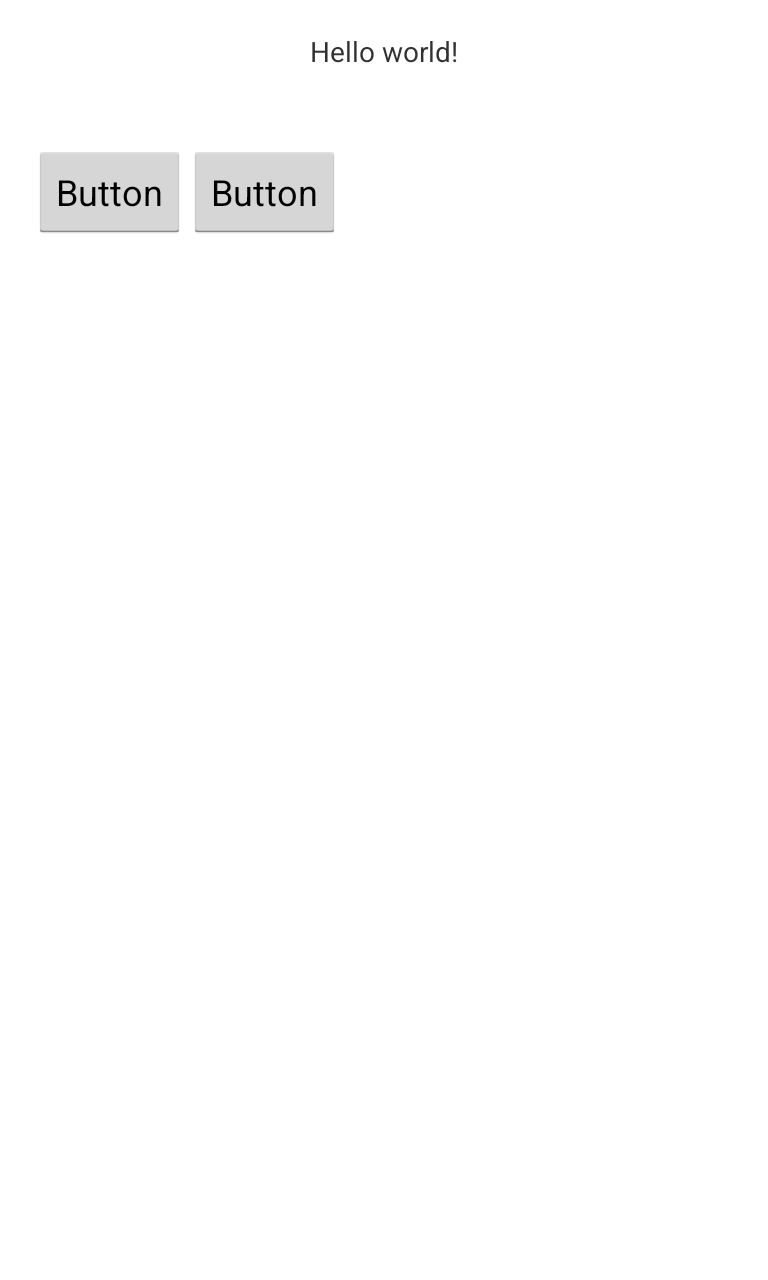
Repository: ShigerD/AndroidSample
Layout: Sample/Sample4/Sample4_2/Button/res/layout/activity_main.xml
These files come from the project's save history. The layout is drawn as it stood at one moment and after the next save; the edit follows.
It is drawn on a 768 x 1280 px phone screen (xhdpi) without system bars, with theme AppTheme; the app's code is not run.

Above is the layout before, as saved 2016-08-18 08:51:45.

### Sample/Sample4/Sample4_2/Button/res/layout/activity_main.xml
<RelativeLayout xmlns:android="http://schemas.android.com/apk/res/android"
    xmlns:tools="http://schemas.android.com/tools"
    android:layout_width="match_parent"
    android:layout_height="match_parent"
    android:paddingBottom="@dimen/activity_vertical_margin"
    android:paddingLeft="@dimen/activity_horizontal_margin"
    android:paddingRight="@dimen/activity_horizontal_margin"
    android:paddingTop="@dimen/activity_vertical_margin"
    tools:context="com.example.button.MainActivity" >

    <TextView
        android:id="@+id/textView1"
        android:layout_width="wrap_content"
        android:layout_height="wrap_content"
        android:layout_centerHorizontal="true"
        android:text="@string/hello_world" />

    <LinearLayout
        android:layout_width="match_parent"
        android:layout_height="wrap_content"
        android:layout_below="@+id/textView1"
        android:layout_centerHorizontal="true"
        android:layout_centerVertical="false"
        android:layout_marginTop="37dp" >

        <Button
            android:id="@+id/button1"
            android:layout_width="wrap_content"
            android:layout_height="wrap_content"
            android:text="Button" />

        <Button
            android:id="@+id/button2"
            android:layout_width="wrap_content"
            android:layout_height="wrap_content"

            android:text="Button" />

    </LinearLayout>

</RelativeLayout>

### Sample/Sample4/Sample4_2/Button/res/values/strings.xml
<?xml version="1.0" encoding="utf-8"?>
<resources>

    <string name="app_name">Button</string>
    <string name="hello_world">Hello world!</string>
    <string name="action_settings">Settings</string>
    <string name="add1">add1</string>
    <string name="sub1">sub1</string>

</resources>

Loaded but not shown: Sample/Sample4/Sample4_2/Button/res/values/styles.xml (common file); Sample/Sample4/Sample4_2/Button/res/values-v11/styles.xml (common file); Sample/Sample4/Sample4_2/Button/res/values-v14/styles.xml (common file); Sample/Sample4/Sample4_2/Button/res/values/dimens.xml (common file); Sample/Sample4/Sample4_2/Button/res/values-w820dp/dimens.xml (common file)

After the next save:
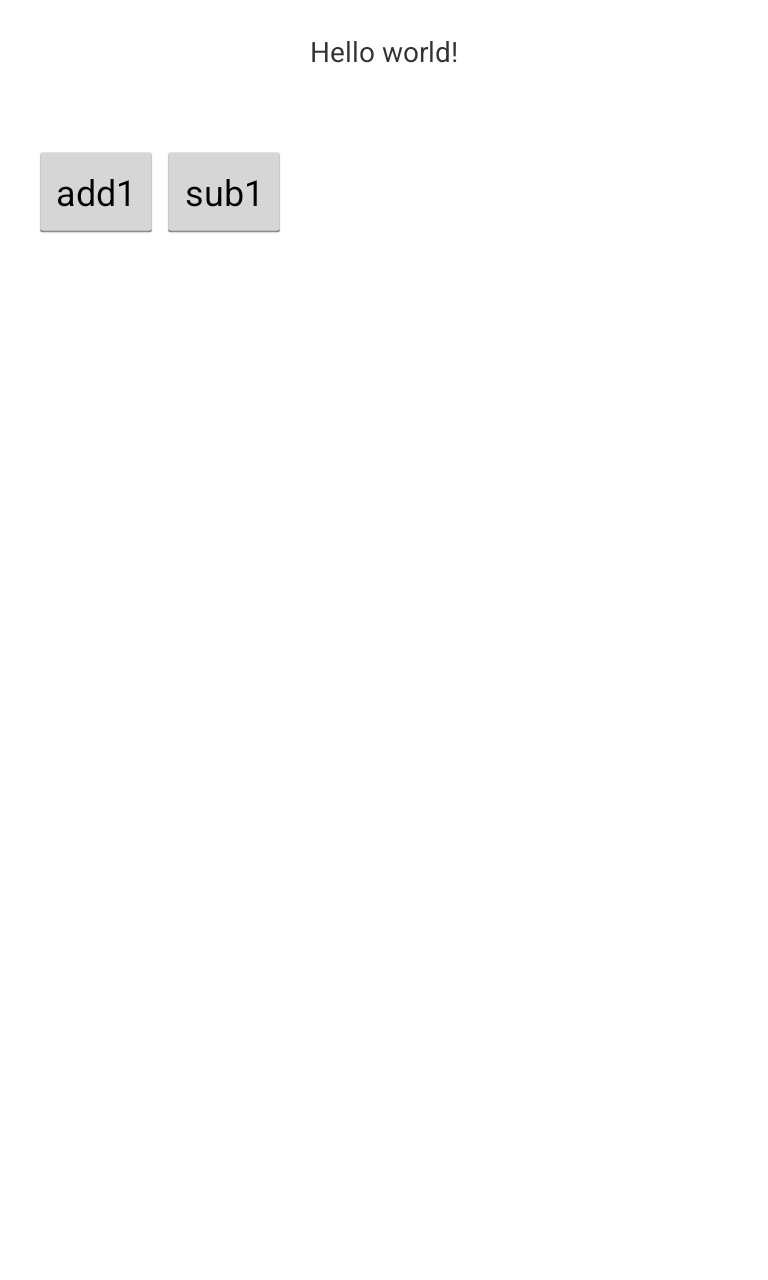
Saved 31 s later.
--- a/Sample/Sample4/Sample4_2/Button/res/layout/activity_main.xml
+++ b/Sample/Sample4/Sample4_2/Button/res/layout/activity_main.xml
@@ -27,14 +27,14 @@
             android:id="@+id/button1"
             android:layout_width="wrap_content"
             android:layout_height="wrap_content"
-            android:text="Button" />
+            android:text="@string/add1" />
 
         <Button
             android:id="@+id/button2"
             android:layout_width="wrap_content"
             android:layout_height="wrap_content"
 
-            android:text="Button" />
+            android:text="@string/sub1" />
 
     </LinearLayout>
 
